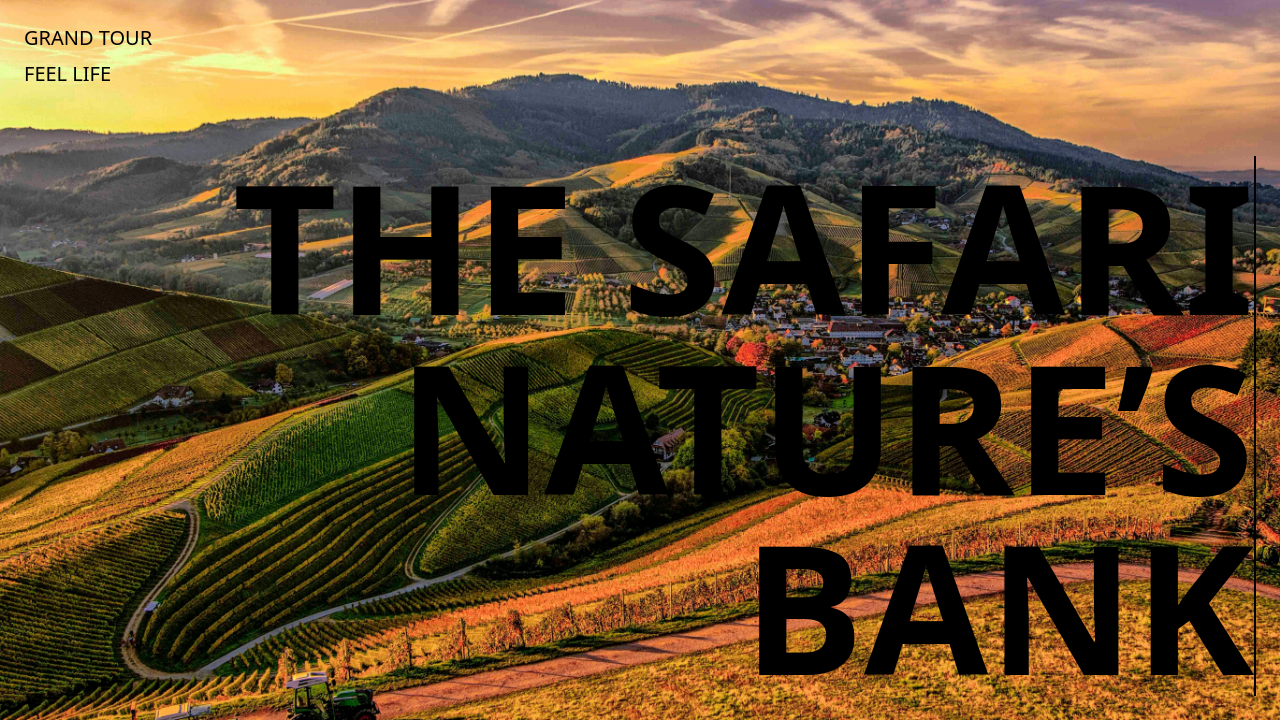
Repository: mikol-ux/Safari
Page: /
These files come from the project's save history. The page is drawn as it stood at one moment and after the next save; the edit follows.
The browser window is 1280 px wide. The pictures show the whole page.
The project was rebuilt for these pictures with package versions that can differ from the ones it lists, and the page was loaded fresh each time. The framework's server and built-in components were replaced by stand-ins that run in the browser. Also part of the build but not shown: next.config.ts.

Above is the page before, as saved 2025-05-29 02:18:32.

### app/layout.tsx
import type { Metadata } from "next";
import { Geist, Geist_Mono } from "next/font/google";
import "./globals.css";

const geistSans = Geist({
	variable: "--font-geist-sans",
	subsets: ["latin"],
});

const geistMono = Geist_Mono({
	variable: "--font-geist-mono",
	subsets: ["latin"],
});

export const metadata: Metadata = {
	title: "Create Next App",
	description: "Generated by create next app",
};

export default function RootLayout({
	children,
}: Readonly<{
	children: React.ReactNode;
}>) {
	return (
		<html lang="en">
			<body className="">{children}</body>
		</html>
	);
}

### app/page.tsx
export default function Home() {
	return (
		<section className="h-screen bg-[url('/landscape.jpg')] bg-cover bg-no-repeat bg-center text-black">
			<div className="h-full w-full flex flex-col justify-between p-6">
				<div className="text-left space-y-2">
					<p className="text-xl uppercase">grand tour</p>
					<p className="text-xl uppercase">feel life</p>
				</div>
				<div className="text-right font-bold leading-none border-r-2 border-black">
					<p className="text-[69px] min-[480px]:text-[90px] sm:text-[120px] lg:text-[150px] xl:text-[180px] 3xl:text-[215px]">
						THE SAFARI
					</p>
					<p className="text-[69px] min-[480px]:text-[90px] sm:text-[120px] lg:text-[150px] xl:text-[180px] 3xl:text-[215px]">
						NATURE’S BANK
					</p>
				</div>
			</div>
		</section>
	);
}

### app/globals.css
@import "tailwindcss";

@theme {
	/* Base Colors */
	--black: #000000;
	--white: #ffffff;
	--muted-blue: #6c8ea3;
	--pitch-dark-blue: #202a30;
	--sky-blue: #bee8ff;
	--deep-blue: #438db5;

	/* Muted Text Colors */
	--muted-text: #999999;
	--muted-text-2: #cccccc;
	--muted-text-3: #595959;
	--muted-text-4: #333333;
	--muted-text-5: #b3b3b3;
	--muted-text-6: #a6a6a6;
	--muted-text-7: #1a1a1a;
	--muted-text-8: #808080;
	--muted-text-9: #262626;
	--muted-text-10: #c6c6c6;
	--muted-text-11: #bfbfbf;
	--muted-text-12: #292929;
	--muted-text-13: #010e0c;

	/* Break Points */
	--breakpoint-3xl: 120rem;
	--breakpoint-4xl: 128rem;
	--breakpoint-5xl: 160rem;
	--breakpoint-6xl: 240rem;

	/* Font */
	--font-General-Sans: "General Sans", sans-serif;

	/* Mapped Colors */
	--color-black: var(--black);
	--color-white: var(--white);
	--color-muted-blue: var(--muted-blue);
	--color-pitch-dark-blue: var(--pitch-dark-blue);
	--color-sky-blue: var(--sky-blue);
	--color-deep-blue: var(--deep-blue);

	/* Mapped Muted Colors */
	--color-muted: var(--muted-text);
	--color-muted-2: var(--muted-text-2);
	--color-muted-3: var(--muted-text-3);
	--color-muted-4: var(--muted-text-4);
	--color-muted-5: var(--muted-text-5);
	--color-muted-6: var(--muted-text-6);
	--color-muted-7: var(--muted-text-7);
	--color-muted-8: var(--muted-text-8);
	--color-muted-9: var(--muted-text-9);
	--color-muted-10: var(--muted-text-10);
	--color-muted-11: var(--muted-text-11);
	--color-muted-12: var(--muted-text-12);
	--color-muted-13: var(--muted-text-13);
}

/* for button border gradient */
@utility mask-content-box {
	-webkit-mask: linear-gradient(#fff 0 0) content-box, linear-gradient(#fff 0 0);
	mask: linear-gradient(#fff 0 0) content-box, linear-gradient(#fff 0 0);
	-webkit-mask-composite: destination-out;
	mask-composite: exclude;
}

@utility bg-gradient-dir {
	content: var(--tw-content);
	--tw-gradient-position: var(--tw-gradient-direction, to right) in oklab;
	background-image: linear-gradient(var(--tw-gradient-stops));
}

/* For Animated Text */
.tpk-text-clip div {
	clip-path: polygon(0 0, 100% 0, 100% 100%, 0% 100%);
}

.tpk-override-clip div {
	clip-path: none !important;
}

/* Page Transition */
::view-transition-old(root),
::view-transition-new(root) {
	animation: none !important;
}

::view-transition-group(root) {
	z-index: auto !important;
}

::view-transition-image-pair(root) {
	isolation: isolate;
	will-change: transform, opacity, clip-path;
	z-index: 1;
}

::view-transition-new(root) {
	z-index: 10000;
	animation: none !important;
}

::view-transition-old(root) {
	z-index: 1;
	animation: none !important;
}

.client-overflow-scroll::-webkit-scrollbar-track,
.client-overflow-scroll::-webkit-scrollbar {
	@apply hidden;
}

input:-webkit-autofill,
input:-webkit-autofill:hover,
input:-webkit-autofill:focus,
input:-webkit-autofill:active {
	-webkit-box-shadow: 0 0 0 1000px transparent inset !important;
	box-shadow: 0 0 0 1000px transparent inset !important;
	-webkit-text-fill-color: inherit !important;
	color: white !important;
	transition: background-color 9999s ease-in-out 0s !important;
	background-color: transparent !important;
}

After the next save:
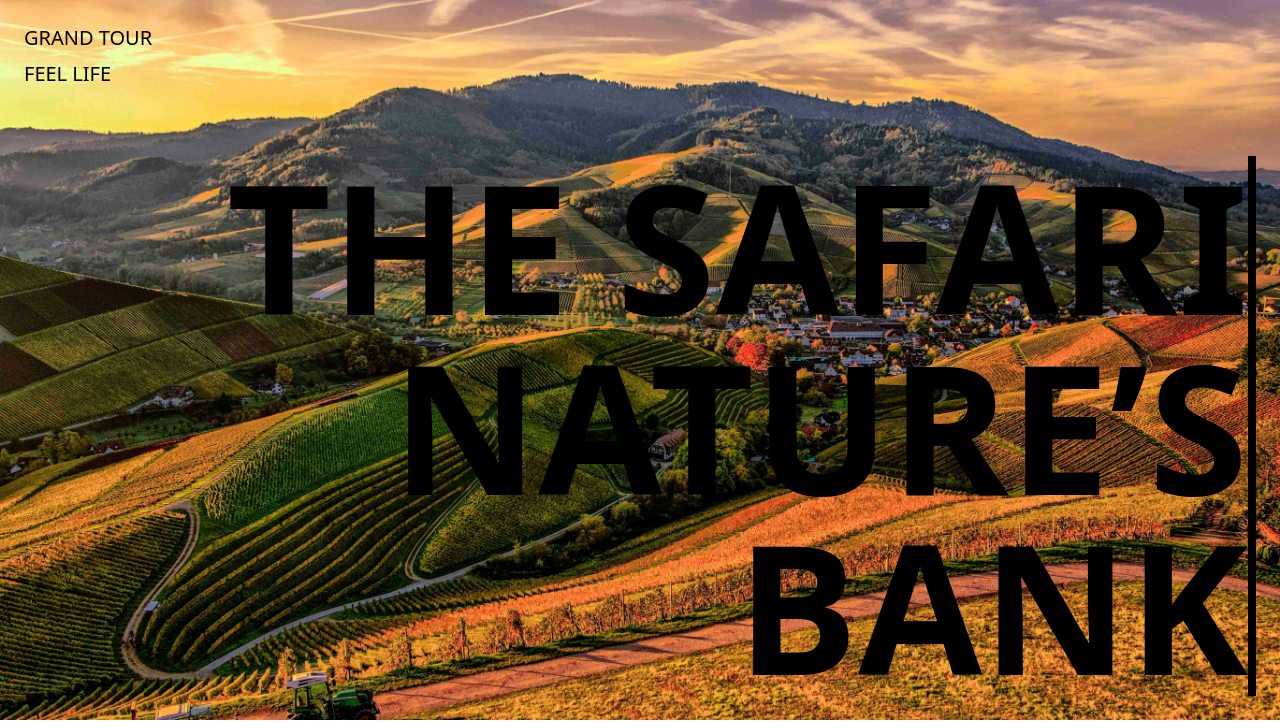
Saved 23 s later.
--- a/app/page.tsx
+++ b/app/page.tsx
@@ -6,7 +6,7 @@ export default function Home() {
 					<p className="text-xl uppercase">grand tour</p>
 					<p className="text-xl uppercase">feel life</p>
 				</div>
-				<div className="text-right font-bold leading-none border-r-2 border-black">
+				<div className="text-right font-bold leading-none border-r-8 border-black">
 					<p className="text-[69px] min-[480px]:text-[90px] sm:text-[120px] lg:text-[150px] xl:text-[180px] 3xl:text-[215px]">
 						THE SAFARI
 					</p>
